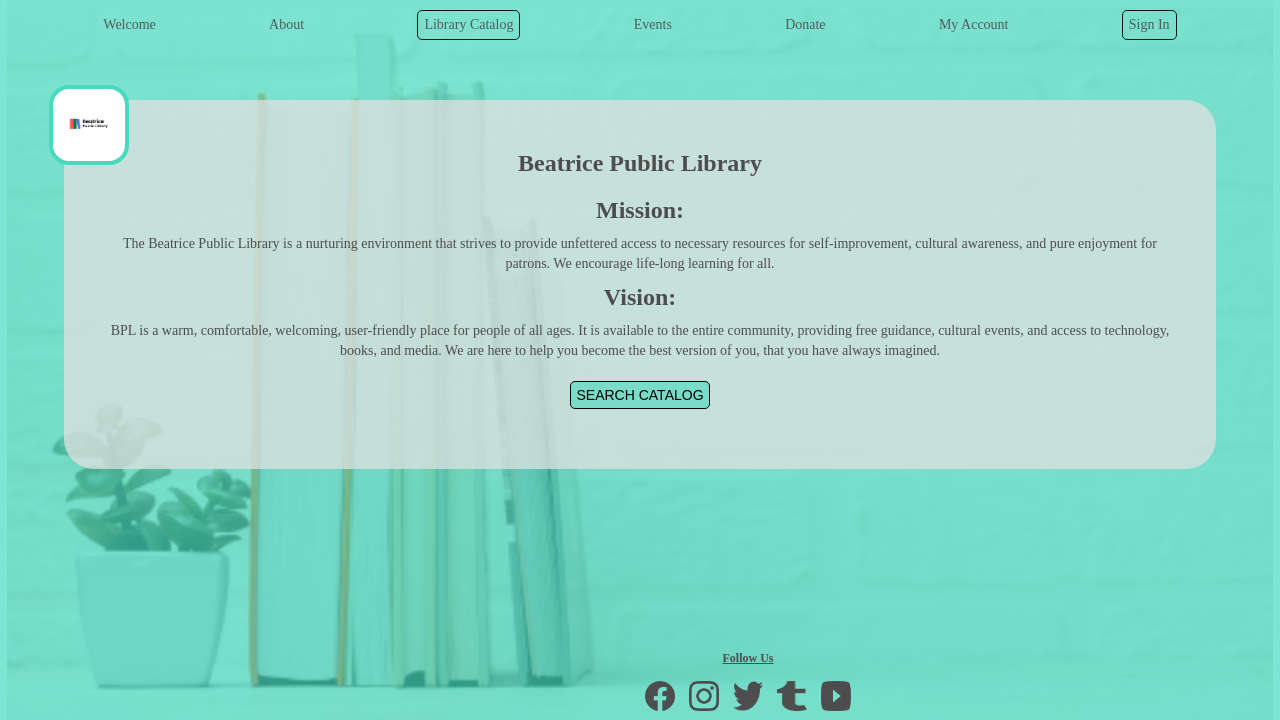
Repository: cokoduwa/RA-Wk5-Library
Page: about.html
The author's editor kept a copy of each file at every save. The page is drawn from the files as they stood at one save, then again after the next save.
The browser window is 1280 px wide. The pictures show the whole page.

Above is the page before, as saved 2023-01-26 22:40:31.

After the next save:
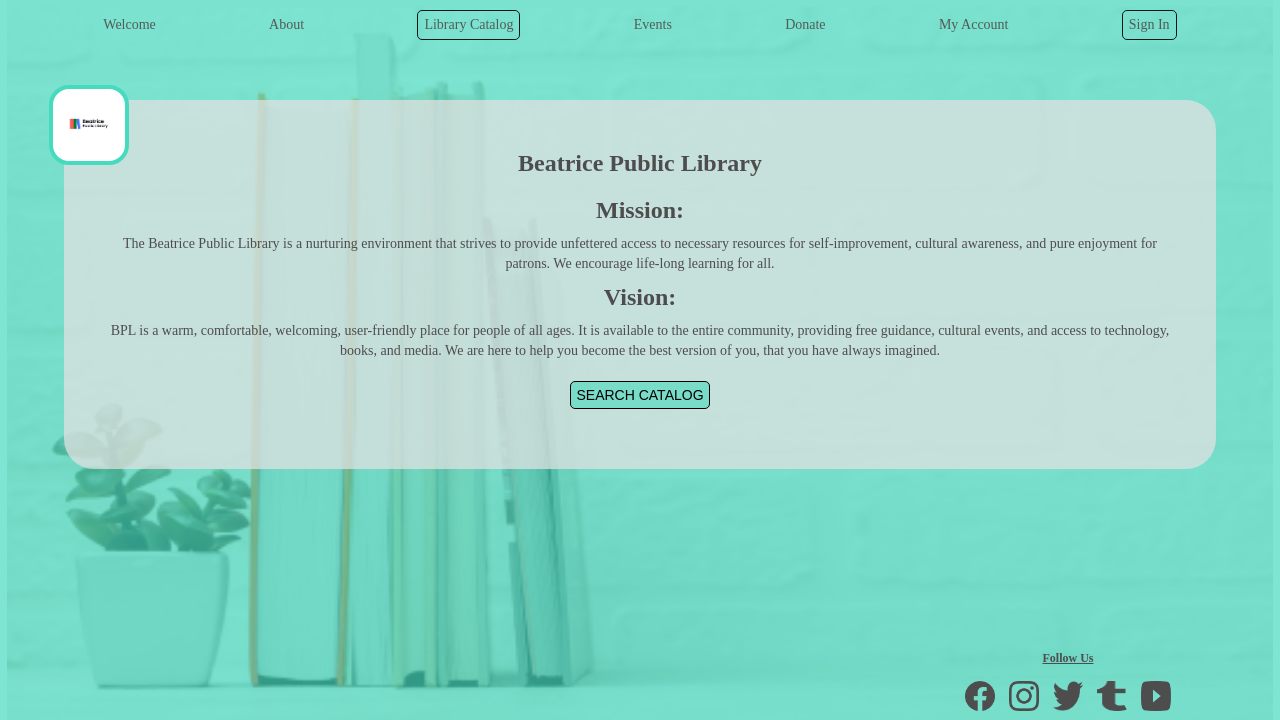
Saved 7 s later.
--- a/about.css
+++ b/about.css
@@ -114,7 +114,7 @@
 
 footer {
     text-align: center;
-    left: 50%;
+    left: 75%;
 
 }
 
